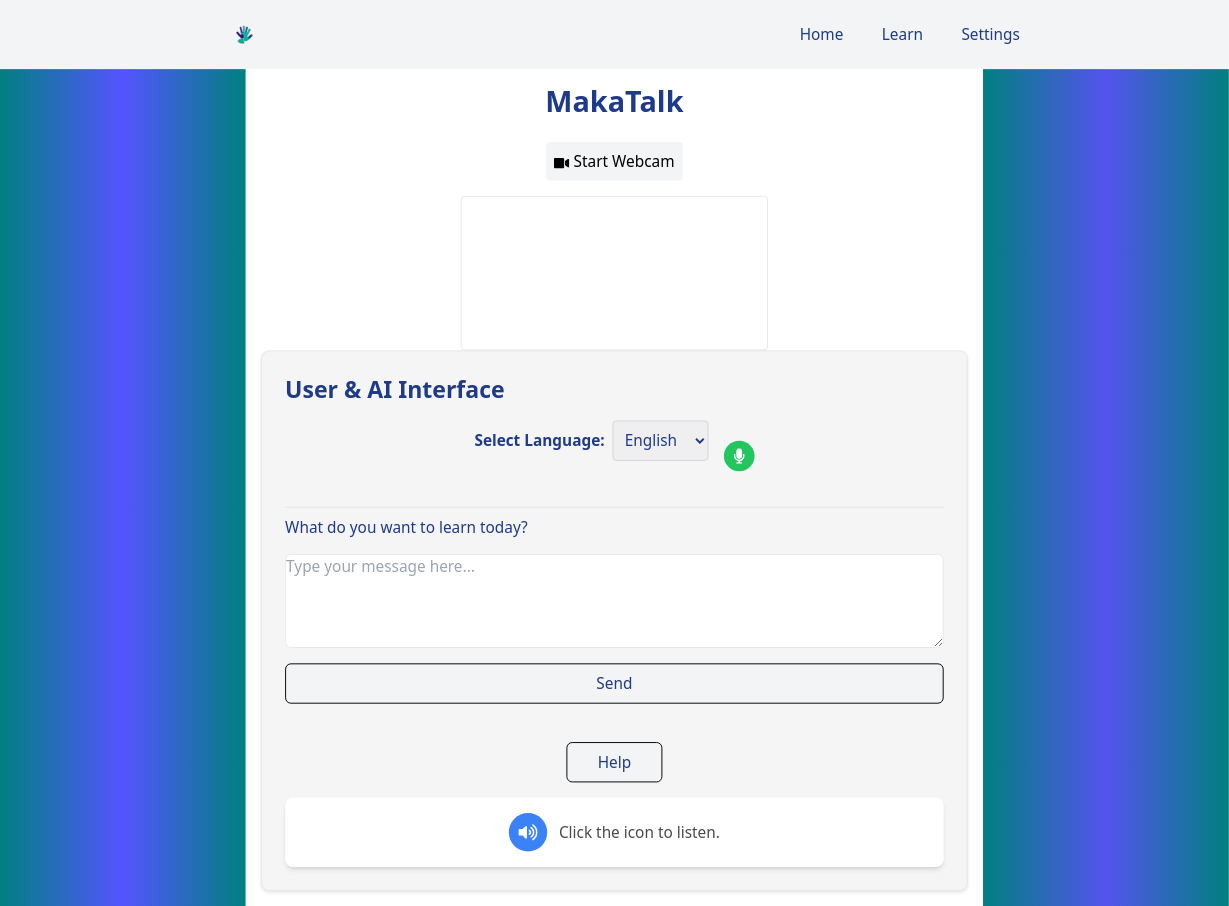
Repository: maria2469/MakaTalk
Page: /learn
These files come from the project's save history. The page is drawn as it stood at one moment and after the next save; the edit follows.
The browser window is 1280 px wide. The pictures show the whole page, at 96% of full size.
The page's requests for data from a server got no answer. The project was rebuilt for these pictures with package versions that can differ from the ones it lists, and the page was loaded fresh each time. No one was signed in, and anything a server would have sent is missing. Also part of the build but not shown: vite.config.js, src/components/LandingPage/Landing.jsx.

Above is the page before, as saved 2024-10-10 14:43:40.

### index.html
<!doctype html>
<html lang="en">
  <head>
    <meta charset="UTF-8" />
    <link rel="icon" type="image/svg+xml" href="/images/MakaTalkLogo.svg" />
    <meta name="viewport" content="width=device-width, initial-scale=1.0" />
    <title>MakaTalk</title>
  </head>
  <body>
    <div id="root"></div>
    <script type="module" src="/src/main.jsx"></script>
  </body>
</html>

### src/main.jsx

console.log('main.js loaded'); // Add this line


import { StrictMode } from 'react'
import { createRoot } from 'react-dom/client'
import App from './App.jsx'
import './index.css'

createRoot(document.getElementById('root')).render(
  <StrictMode>

    <App />
  </StrictMode>,
)

### src/App.jsx
import React from "react";
import { BrowserRouter as Router, Routes, Route } from "react-router-dom";
import Landing from "./components/LandingPage/Landing";
import Learn from "./components/Learn/Learn";

const App = () => {
  return (
    <Router>
      <Routes>
        <Route path="/" element={<Landing />} />
        <Route path="/learn" element={<Learn />} />
      </Routes>
    </Router>
  );
};

export default App;

### src/components/LandingPage/Navbar.jsx
import React from 'react';

const Navbar = () => {
  return (
    <div className="flex items-center justify-around p-3 bg-gray-100 text-blue-900 gap-40">
      <img src="/images/MakaTalkLogo.svg" alt="Logo" className="h-12 w-auto ml-5 justify-start" /> {/* Logo aligned to the extreme left */}
      <div className="flex space-x-10 mr-2 justify-center ">
        <p className="cursor-pointer hover:text-black">Home</p>
        <p className="cursor-pointer hover:text-black">Learn</p>
        <p className="cursor-pointer hover:text-black">Settings</p>
      </div>
    </div>
  );
}

export default Navbar;

### src/components/Choices/Colors/Colors.jsx
// Colors.js
const colorOptions = {
    black: {
        image: './images/BlackSIG.svg', // Ensure this path is correct
        instructions: 'To sign black, hold your hand flat and move it across your chest.',
    },
    blue: {
        image: './images/BlueSIG.svg', // Ensure this path is correct
        instructions: 'To sign blue, wave your hand near your chest.',
    },
    brown: {
        image: './images/BrownSIG.svg', // Ensure this path is correct
        instructions: 'To sign brown, use a flat hand and tap it on your forehead.',
    },
    gold: {
        image: './images/GoldSIG.svg', // Ensure this path is correct
        instructions: 'To sign gold, touch your fingers to your chin and move down.',
    },
    green: {
        image: './images/GreenSIG.svg', // Ensure this path is correct
        instructions: 'To sign green, point your finger up and wiggle it.',
    },
    grey: {
        image: './images/GreySIG.svg', // Ensure this path is correct
        instructions: 'To sign grey, make a “G” shape with your hand.',
    },
    orange: {
        image: './images/OrangeSIG.svg', // Ensure this path is correct
        instructions: 'To sign orange, use a fist and tap it on your side.',
    },
    pink: {
        image: './images/PinkSIG.svg', // Ensure this path is correct
        instructions: 'To sign pink, extend your pinky finger and wave it.',
    },
    purple: {
        image: './images/PurpleSIG.svg', // Ensure this path is correct
        instructions: 'To sign purple, move your hand in a circular motion.',
    },
    red: {
        image: './images/RedSIG.svg', // Ensure this path is correct
        instructions: 'To sign red, extend your hand and touch your chin.',
    },
    silver: {
        image: './images/SilverSIG.svg', // Ensure this path is correct
        instructions: 'To sign silver, make a fist and tap it on your wrist.',
    },
    white: {
        image: './images/WhiteSIG.svg', // Ensure this path is correct
        instructions: 'To sign white, wave your hand in front of your chest.',
    },
    yellow: {
        image: './images/YellowSIG.svg', // Ensure this path is correct
        instructions: 'To sign yellow, make a “Y” shape with your hand and shake it.',
    },
    // Add more colors and their corresponding images and instructions as needed
};

export default colorOptions;

### src/components/Languagedropdown/Language.jsx
import React from 'react';

const LanguageDropdown = ({ selectedLanguage, onLanguageChange, languages }) => {
  // Default language options in case languages aren't passed as props
  const defaultLanguages = [
    { code: 'en', label: 'English' },
    { code: 'es', label: 'Spanish' },
    { code: 'fr', label: 'French' },
    { code: 'de', label: 'German' },
    { code: 'zh', label: 'Chinese' },
    // Add more languages as needed
  ];

  const availableLanguages = languages || defaultLanguages; // Use passed languages or default

  return (
    <div className="language-dropdown mb-4">
      <label htmlFor="languageSelect" className="font-bold mr-2">
        Select Language:
      </label>
      <select
        id="languageSelect"
        aria-label="Select language"
        value={selectedLanguage}
        onChange={onLanguageChange} // Pass the handler from the parent
        className="border border-gray-300 rounded p-2"
      >
        {availableLanguages.map((lang) => (
          <option key={lang.code} value={lang.code}>
            {lang.label}
          </option>
        ))}
      </select>
    </div>
  );
};

export default LanguageDropdown;

### src/components/UserAiResponse/UserAiResponse.jsx
import React from 'react';

const UserAiResponse = ({ aiResponse, userInput, onInputChange, onSubmit }) => {
    return (
        <div className="flex flex-col">
            <div className="ai-response mb-4">
                <p>{aiResponse}</p>
            </div>
            <textarea
                placeholder="Type your message here..."
                rows="4"
                value={userInput}
                onChange={onInputChange}
            />
            <button className="common-button mt-4" onClick={onSubmit}>
                Send
            </button>
        </div>
    );
};

export default UserAiResponse;

### src/components/VoiceToVoice/VoiceToVoiceButton.jsx
import React, { useState } from 'react';
import { FaMicrophone } from 'react-icons/fa';
import UserAiResponse from '../UserAiResponse/UserAiResponse';
import TextToSpeech from '../TextToSpeech/TextToSpeech'; // Import the new TextToSpeech component

const VoiceToVoiceButton = ({ selectedLanguage }) => {
    const [userInput, setUserInput] = useState('');
    const [aiResponse, setAiResponse] = useState('');
    const [isProcessing, setIsProcessing] = useState(false);
    const [isListening, setIsListening] = useState(false);

    // Function to handle API call to backend
    const handleApiCall = async (inputText) => {
        setIsProcessing(true);

        try {
            const response = await fetch('/api/process-input', {
                method: 'POST',
                headers: {
                    'Content-Type': 'application/json',
                },
                body: JSON.stringify({
                    text: inputText,
                    language: selectedLanguage,
                }),
            });

            const data = await response.json();
            setAiResponse(data.response);
        } catch (error) {
            console.error('API call failed:', error);
        } finally {
            setIsProcessing(false);
        }
    };

    const handleInputChange = (event) => {
        setUserInput(event.target.value);
    };

    const handleSubmit = () => {
        if (userInput.trim()) {
            handleApiCall(userInput);
            setUserInput('');
        }
    };

    const handleSpeechRecognition = () => {
        if (!window.SpeechRecognition && !window.webkitSpeechRecognition) {
            console.error('SpeechRecognition is not supported in this browser');
            return;
        }

        const SpeechRecognition =
            window.SpeechRecognition || window.webkitSpeechRecognition;
        const recognition = new SpeechRecognition();

        recognition.lang = selectedLanguage;
        recognition.interimResults = false;
        recognition.continuous = false;

        recognition.onstart = () => setIsListening(true);

        recognition.onresult = (event) => {
            const transcriptedText = Array.from(event.results)
                .map((result) => result[0].transcript)
                .join('');
            handleApiCall(transcriptedText);
        };

        recognition.onend = () => setIsListening(false);
        recognition.onerror = (event) => console.error('SpeechRecognition error:', event.error);

        recognition.start();
    };

    return (
        <div className="voice-to-voice-button">
            <div className="flex mt-4">
                <button
                    onClick={handleSpeechRecognition}
                    className={`p-2 rounded-full ${isListening ? 'bg-red-500' : 'bg-green-500'} text-white`}
                    disabled={isProcessing}
                >
                    <FaMicrophone />
                </button>
            </div>

            {isProcessing && <p>Processing...</p>}

            {/* TextToSpeech Component for user input */}
            {userInput && (
                <TextToSpeech text={userInput} selectedLanguage={selectedLanguage} />
            )}

            {/* TextToSpeech Component to play AI response in the selected language */}
            {aiResponse && (
                <TextToSpeech text={aiResponse} selectedLanguage={selectedLanguage} />
            )}
        </div>
    );
};

export default VoiceToVoiceButton;

### src/components/TextToSpeech/TextToSpeech.jsx
import React, { useEffect, useState } from 'react';
import { FaVolumeUp } from 'react-icons/fa';
import "./TextToSpeech.css"

const TextToSpeech = ({ text, selectedLanguage }) => {
    const [isSpeaking, setIsSpeaking] = useState(false);

    const handleSpeak = () => {
        if (!text) return;

        // Initialize speech synthesis
        const synth = window.speechSynthesis;
        const utterance = new SpeechSynthesisUtterance(text);

        // Set language for speech synthesis
        utterance.lang = selectedLanguage;

        // Set speaking state to true when speaking starts
        utterance.onstart = () => {
            setIsSpeaking(true);
        };

        // Reset speaking state when speaking ends
        utterance.onend = () => {
            setIsSpeaking(false);
        };

        // Cancel any ongoing speech before starting a new one
        if (synth.speaking) {
            synth.cancel();
        }

        // Start speaking
        synth.speak(utterance);
    };

    return (
        <div className="text-to-speech flex items-center justify-center p-4 rounded-lg shadow-md bg-white">
            <button
                onClick={handleSpeak}
                className={`p-3 rounded-full transition-colors duration-200 ${isSpeaking ? 'bg-gray-500' : 'bg-blue-500 hover:bg-blue-600'} text-white`}
                disabled={isSpeaking}
                aria-label="Play Audio" // Added for accessibility
            >
                <FaVolumeUp size={20} />
            </button>
            <p className="ml-3 text-gray-800 font-medium">{isSpeaking ? `Speaking: ${text}` : 'Click the icon to listen.'}</p>
        </div>
    );
};

export default TextToSpeech;

### src/components/Learn/Webcam/Webcam.jsx
import React, { useRef, useState, useEffect } from 'react';
import { FaVideo, FaVideoSlash } from 'react-icons/fa'; // Import video and stop icons

const WebcamStream = () => {
  const videoRef = useRef(null);
  const canvasRef = useRef(null);
  const [isStreaming, setIsStreaming] = useState(false); // Toggle between streaming states
  const socket = useRef(null);

  useEffect(() => {
    // Setup WebSocket connection
    socket.current = new WebSocket("ws://localhost:5000"); // Assuming backend is running on localhost:5000
    socket.current.onopen = () => console.log("Connected to server");
    socket.current.onclose = () => console.log("Disconnected from server");

    return () => {
      if (socket.current) socket.current.close();
    };
  }, []);

  const startWebcam = async () => {
    try {
      const stream = await navigator.mediaDevices.getUserMedia({ video: true });
      videoRef.current.srcObject = stream;
      videoRef.current.play();
      setIsStreaming(true); // Webcam is now streaming
      captureFrames();
    } catch (error) {
      console.error("Error accessing webcam:", error);
    }
  };

  const stopWebcam = () => {
    const stream = videoRef.current.srcObject;
    const tracks = stream?.getTracks();
    if (tracks) {
      tracks.forEach(track => track.stop()); // Stop each track of the stream
      videoRef.current.srcObject = null; // Clear the video source
      setIsStreaming(false); // Webcam is no longer streaming
    }
  };

  const captureFrames = () => {
    if (!isStreaming || !videoRef.current || !canvasRef.current) return;

    const context = canvasRef.current.getContext('2d');
    const width = videoRef.current.videoWidth;
    const height = videoRef.current.videoHeight;

    // Set canvas dimensions to match the video element
    canvasRef.current.width = width;
    canvasRef.current.height = height;

    // Draw the current frame onto the canvas
    context.drawImage(videoRef.current, 0, 0, width, height);

    // Send the frame as an image data URL to the backend via WebSocket
    const frameData = canvasRef.current.toDataURL('image/jpeg'); // Convert the frame to a JPEG image
    socket.current.send(frameData); // Send the image data to the backend

    // Capture the next frame in the next animation frame
    requestAnimationFrame(captureFrames);
  };

  return (
    <div className="flex flex-col items-center">
      <button
        onClick={isStreaming ? stopWebcam : startWebcam} // Toggle between starting and stopping webcam
        className="mb-4 p-2 bg-gray-100 text-black rounded hover:bg-gray-200"
      >
        {isStreaming ? (
          <FaVideoSlash className="inline-block text-black" /> // Show stop icon when streaming
        ) : (
          <FaVideo className="inline-block text-black" /> // Show start icon when not streaming
        )}
        {isStreaming ? ' Stop Webcam' : ' Start Webcam'} {/* Toggle button label */}
      </button>
      <video ref={videoRef} width="320" height="240" className="border rounded" />
      <canvas ref={canvasRef} style={{ display: 'none' }} />
    </div>
  );
};

export default WebcamStream;

### src/components/Learn/Help/Help.jsx
import React, { useState } from 'react';
import GifStore from '../../GifStore/GifStore';

const Help = () => {
  const [isOpen, setIsOpen] = useState(false);
  const [helpOption, setHelpOption] = useState('');
  const [selectedGif, setSelectedGif] = useState('');

  const toggleHelpMenu = () => {
    setIsOpen((prev) => !prev);
    if (!isOpen) {
      setHelpOption(''); // Reset when closing
      setSelectedGif('');
    }
  };

  const handleOptionSelect = (option) => {
    setHelpOption(option);
    setIsOpen(false);
  };

  const handleColorSelect = (color) => {
    const gif = GifStore.getGif(color);
    setSelectedGif(gif || '');
    if (!gif) console.error(`GIF not found for the color: ${color}`);
  };

  const renderHelpOptions = () => (
    <div className="help-options bg-white border rounded shadow-md mt-2 p-4">
      <h3 className="font-bold mb-2">Select Help Option:</h3>
      {['AI', 'GIFs'].map((option) => (
        <button key={option} className="common-button" onClick={() => handleOptionSelect(option)}>
          Help from {option}
        </button>
      ))}
    </div>
  );

  const renderGifHelp = () => (
    <div className="gif-help mt-4">
      <h4 className="font-bold">Select a color for GIF help:</h4>
      {GifStore.colorGifs && Object.keys(GifStore.colorGifs).length > 0 ? (
        Object.keys(GifStore.colorGifs).map((color) => (
          <button key={color} className="common-button m-1" onClick={() => handleColorSelect(color)}>
            {color.charAt(0).toUpperCase() + color.slice(1)}
          </button>
        ))
      ) : (
        <p>No GIFs available. Please check GifStore configuration.</p>
      )}
      {selectedGif && <img src={selectedGif} alt="Color GIF" className="mt-2 w-full" />}
    </div>
  );

  const renderAIHelp = () => (
    <div className="ai-help mt-4">
      <h4 className="font-bold">AI Assistance</h4>
      <p>Here is some AI-powered assistance.</p>
      {/* Add your AI interaction logic here */}
    </div>
  );

  return (
    <div className="flex flex-col items-center mt-10">
      <button className="common-button" onClick={toggleHelpMenu}>Help</button>
      {isOpen && renderHelpOptions()}
      {helpOption === 'GIFs' && renderGifHelp()}
      {helpOption === 'AI' && renderAIHelp()}
    </div>
  );
};

export default Help;

### src/components/TextToSpeech/TextToSpeech.css
.text-to-speech {
    display: flex;
    align-items: center;
    justify-content: start;
    padding: 16px; /* Adjusted padding */
    border-radius: 8px; /* Rounded corners */
    background-color: #fff; /* White background for better contrast */
    box-shadow: 0 2px 4px rgba(0, 0, 0, 0.1); /* Subtle shadow */
    margin-top: 16px; /* Lift the component with top margin */
}

.text-to-speech button {
    padding: 10px; /* Added padding for better clickability */
    border-radius: 50%; /* Fully rounded button */
    transition: background-color 0.2s; /* Smooth transition for hover effect */
}

.text-to-speech p {
    margin-left: 12px; /* Space between button and text */
    color: #4A4A4A; /* Darker text color for better readability */
    font-weight: 500; /* Medium font weight */
}

### src/components/GifStore/GifStore.jsx
const colorGifs = {
  black: '/gifs/black.gif',
  blue: '/gifs/blue.gif',
  brown: '/gifs/brown.gif',
  gold: '/gifs/gold.gif',
  green: '/gifs/green.gif',
  grey: '/gifs/grey.gif',
  orange: '/gifs/orange.gif',
  pink: '/gifs/pink.gif',
  purple: '/gifs/purple.gif',
  red: '/gifs/red.gif',
  silver: '/gifs/silver.gif',
  white: '/gifs/white.gif',
  yellow: '/gifs/yellow.gif',
};

// Export the GIFs and any necessary functions
const GifStore = {
  colorGifs, // Ensure this is properly exported
  getGif: (color) => {
    if (colorGifs[color]) {
      return colorGifs[color];
    } else {
      console.warn(`No GIF found for color: ${color}`); // Add warning for unmatched colors
      return null;
    }
  },
};

export default GifStore;

Loaded but not shown: src/index.css (common file); tailwind.config.js (common file); src/components/Learn/Learn.jsx (129 lines, source omitted); src/components/Learn/Learn.css (143 lines, source omitted)

After the next save:
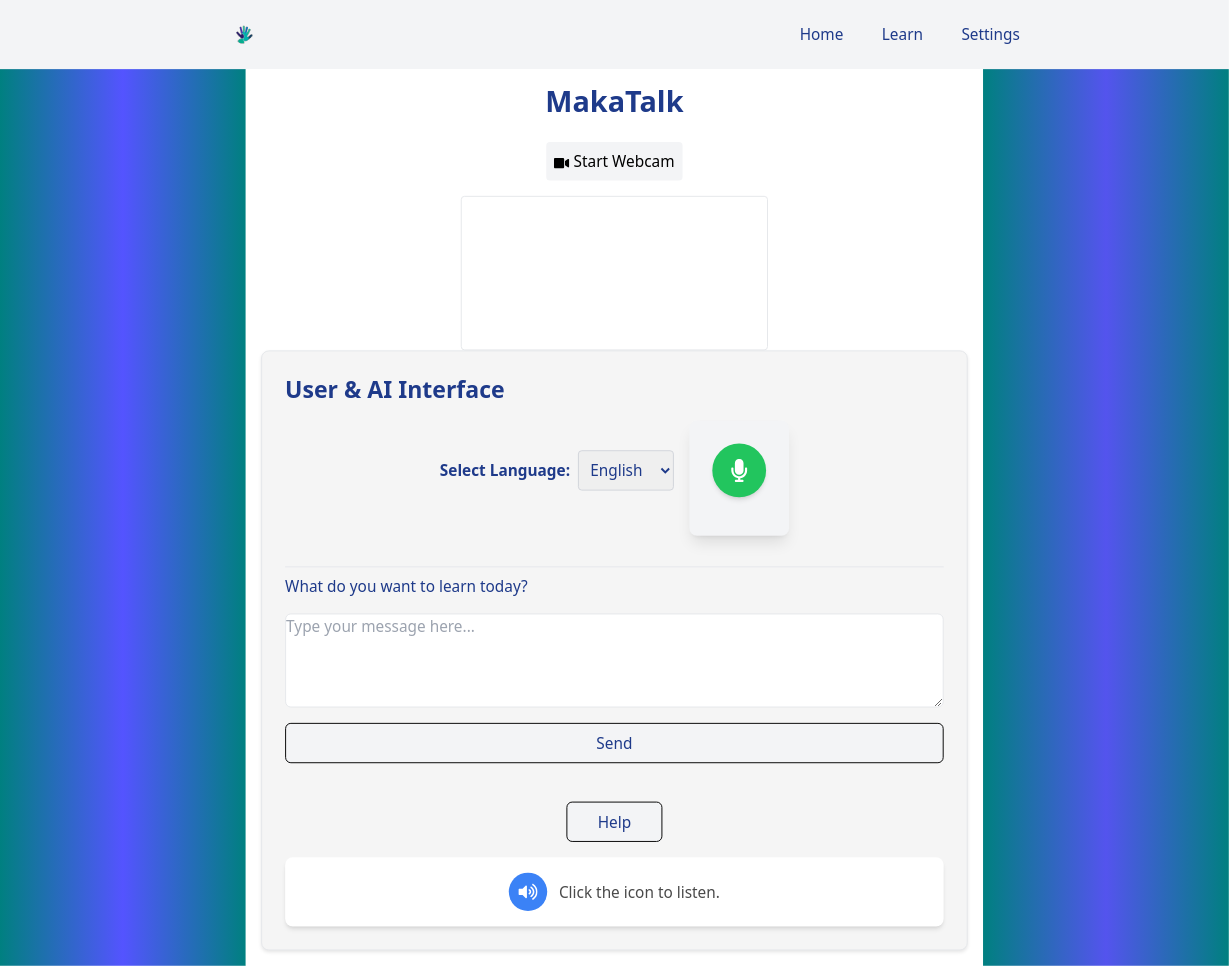
Saved 51 s later.
--- a/src/components/VoiceToVoice/VoiceToVoiceButton.jsx
+++ b/src/components/VoiceToVoice/VoiceToVoiceButton.jsx
@@ -75,27 +75,32 @@ const VoiceToVoiceButton = ({ selectedLanguage }) => {
     };
 
     return (
-        <div className="voice-to-voice-button">
-            <div className="flex mt-4">
+        <div className="voice-to-voice-button flex flex-col items-center p-6 bg-gray-100 rounded-lg shadow-lg">
+            <div className="flex mb-4">
                 <button
                     onClick={handleSpeechRecognition}
-                    className={`p-2 rounded-full ${isListening ? 'bg-red-500' : 'bg-green-500'} text-white`}
+                    className={`p-4 rounded-full transition-colors duration-300 ${isListening ? 'bg-red-500' : 'bg-green-500 hover:bg-green-600'} text-white shadow-md`}
                     disabled={isProcessing}
+                    aria-label="Voice Input"
                 >
-                    <FaMicrophone />
+                    <FaMicrophone size={24} />
                 </button>
             </div>
 
-            {isProcessing && <p>Processing...</p>}
+            {isProcessing && <p className="text-gray-600">Processing...</p>}
 
             {/* TextToSpeech Component for user input */}
             {userInput && (
-                <TextToSpeech text={userInput} selectedLanguage={selectedLanguage} />
+                <div className="mt-2">
+                    <TextToSpeech text={userInput} selectedLanguage={selectedLanguage} />
+                </div>
             )}
 
             {/* TextToSpeech Component to play AI response in the selected language */}
             {aiResponse && (
-                <TextToSpeech text={aiResponse} selectedLanguage={selectedLanguage} />
+                <div className="mt-2">
+                    <TextToSpeech text={aiResponse} selectedLanguage={selectedLanguage} />
+                </div>
             )}
         </div>
     );
